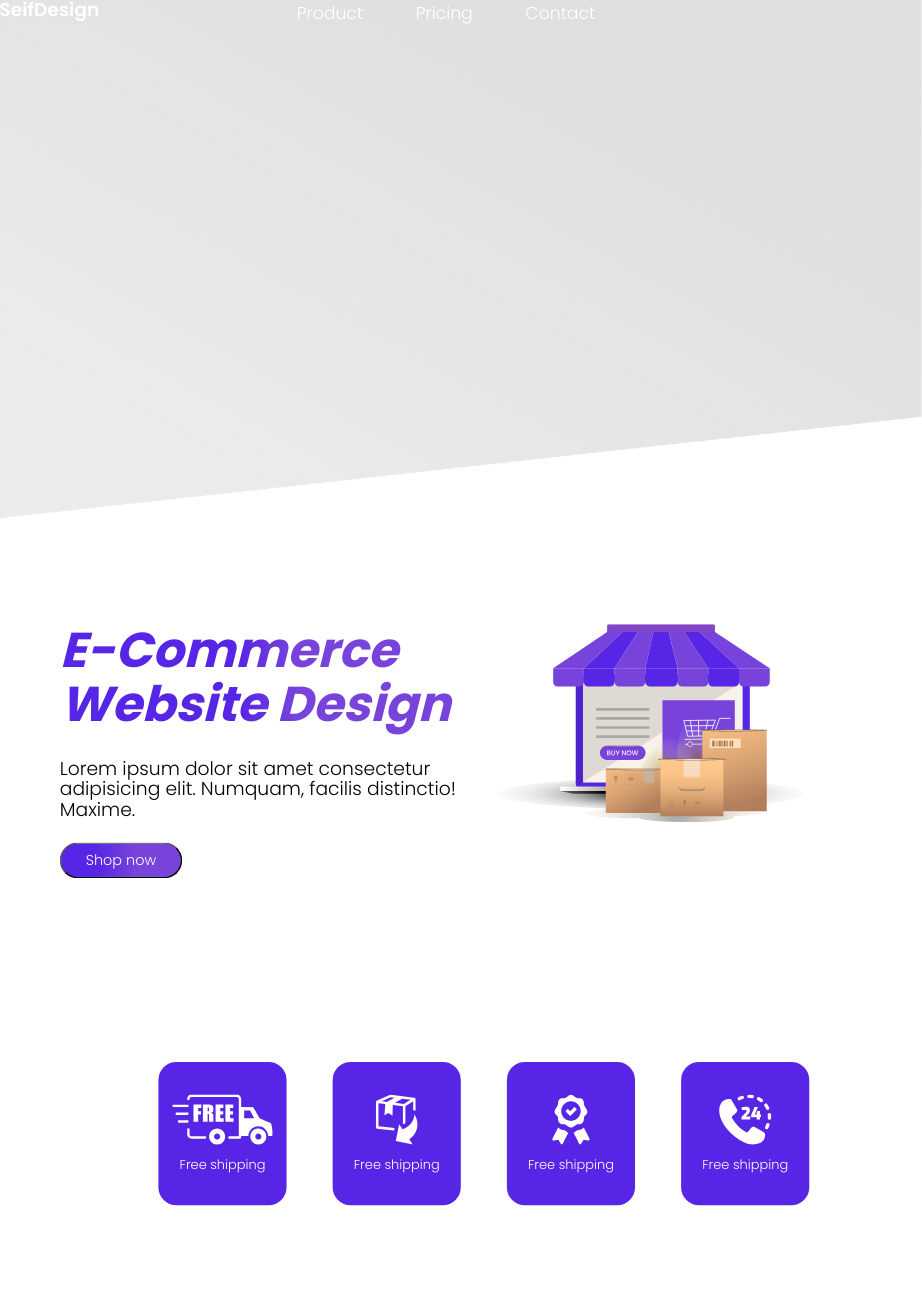
Repository: simralgasimov/newpage
Page: index.html
These files come from the project's save history. The page is drawn as it stood at one moment and after the next save; the edit follows.
The browser window is 1280 px wide. The pictures show the whole page, at 72% of full size.
The style sheet was rebuilt from its Sass, Less or Tailwind sources for each picture, by a compiler version that may differ from the author's.

Above is the page before, as saved 2023-12-13 14:47:37.
Not found: index.js

### index.html
<!DOCTYPE html>
<html lang="en">
  <head>
    <meta charset="UTF-8" />
    <meta name="viewport" content="width=device-width, initial-scale=1.0" />
    <title>Document</title>
    <link rel="stylesheet" href="./reset.css" />
    <link rel="stylesheet" href="./index.css" />
  </head>
  <body>
    <div class="container">
      <nav>
        <div class="logo">
          <img src=".//image/SeifDesign.svg" alt="" />
        </div>
        <ul>
          <li><a href="#">Product</a></li>
          <li><a href="#">Pricing</a></li>
          <li><a href="#">Contact</a></li>
        </ul>
        <div class="burgerMenu">
          <img src="./image/Frame 1.svg" alt="" />
        </div>
      </nav>
    </div>
    <div class="shopPage">
      <div class="page-1">
        <div class="rightPage">
          <h1>E-Commerce Website Design</h1>
          <p>
            Lorem ipsum dolor sit amet consectetur adipisicing elit. Numquam,
            facilis distinctio! Maxime.
          </p>
          <button><a href="#">Shop now</a></button>
        </div>
        <div class="leftPage">
          <img src=".//image/Group (1).svg" alt="" />
        </div>
      </div>
      <div class="page-2">
        <ul>
          <li>
            <img src="./image/Group (2).svg" alt="" />
            <p>Free shipping</p>
          </li>

          <li>
            <img src="./image/Vector (1).svg" alt="" />
            <p>Free shipping</p>
          </li>
          <li>
            <img src="./image/Group (3).svg" alt="" />
            <p>Free shipping</p>
          </li>
          <li>
            <img src="./image/Vector (2).svg" alt="" />
            <p>Free shipping</p>
          </li>
        </ul>
      </div>
    </div>
  </body>
  <script src="./index.js"></script>
</html>

### index.scss
@import url("https://fonts.googleapis.com/css2?family=Poppins:wght@300;700&display=swap");
* {
    margin: 0;
    padding: 0;
    box-sizing: border-box;
}
.container {
    background-image: url('./image/Rectangle\ 3.png');
    background-repeat: no-repeat;
    background-size: 100% 100%;
    /* padding: 16px 83px 33px 83px; */
    min-height: 100vh;
    width: 100%;
    /* background: linear-gradient(270deg, #7743db 31.64%, #5725e5 66.78%); */
    @media screen and (max-width: 1024px) {
        padding: 21px 21px;
    }
    nav {
        display: flex;
        align-items: center;
        @media screen and (max-width: 1024px) {
            display: flex;
            justify-content: space-between;
        }
        .burgerMenu {
            display: none;
            @media screen and (max-width: 1024px) {
                display: block;
            }
        }
        .logo {
            width: 139px;
        }
        @media screen and (max-width: 1024px) {
            width: 97px;
        }
        ul {
            @media screen and (max-width: 1024px) {
                display: none;
            }
            display: flex;
            list-style-type: none;
            margin-left: 200px;

            li {
                margin-left: 73px;

                a {
                    text-decoration: none;
                    width: 98px;
                    height: 30px;
                    color: #fff;
                    text-align: center;
                    font-family: Poppins;
                    font-size: 24px;
                    font-style: normal;
                    font-weight: 300;
                    line-height: normal;
                }
            }
        }
    }
}
.shopPage {
    /* position: absolute; */

    /* // background-size: contain; */
    .page-1 {
        padding: 147px 164px 43px 83px;
        display: flex;
        justify-content: center;
        height: 874.5px;
        .rightPage {
            h1 {
                margin-bottom: 32px;
                width: 608px;
                height: 154px;
                font-family: Poppins;
                font-size: 68px;
                font-style: italic;
                font-weight: 700;
                line-height: 109%; /* 74.12px */
                background: linear-gradient(268deg, #7743db 46.2%, #5725e5 59.09%);
                background-clip: text;
                -webkit-background-clip: text;
                -webkit-text-fill-color: transparent;
            }
            p {
                width: 608px;
                color: #000;
                font-family: Poppins;
                font-size: 26px;
                font-style: normal;
                font-weight: 300;
                line-height: 109%;
            }
            button {
                margin-top: 32px;
                display: flex;
                width: 170px;
                height: 50px;
                padding: 0px 24px;
                justify-content: center;
                align-items: center;
                flex-shrink: 0;
                border-radius: 25px;
                background: linear-gradient(263deg, #7743db 38.81%, #5725e5 70.24%);
                a {
                    text-decoration: none;
                    color: #fff;
                    font-family: Poppins;
                    font-size: 20px;
                    font-style: normal;
                    font-weight: 400;
                    line-height: 109%; /* 21.8px */
                }
            }
        }
        .leftPage {
            img {
                width: 100%;
            }
        }
    }
    .page-2 {
        ul {
            display: flex;
            justify-content: center;

            li {
                margin-left: 64px;
                position: relative;

                bottom: 120px;

                display: flex;
                width: 178px;
                height: 199px;
                padding: 10px;
                flex-direction: column;
                justify-content: center;
                align-items: center;
                gap: 18px;
                flex-shrink: 0;
                border-radius: 25px;
                background: #5725e5;
                img {
                    width: 139.997px;
                    height: 70px;
                }
                p {
                    color: #fff;
                    text-align: center;
                    font-family: Poppins;
                    font-size: 18px;
                    font-style: normal;
                    font-weight: 400;
                    line-height: 109%; /* 19.62px */
                }
            }
        }
    }
}

Loaded but not shown: reset.css (common file)

After the next save:
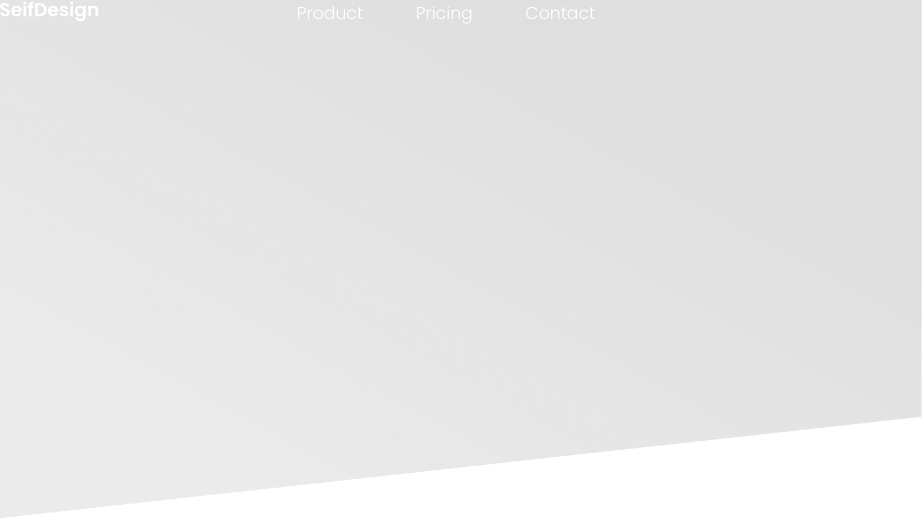
Saved 44 s later.
--- a/index.html
+++ b/index.html
@@ -23,42 +23,7 @@
         </div>
       </nav>
     </div>
-    <div class="shopPage">
-      <div class="page-1">
-        <div class="rightPage">
-          <h1>E-Commerce Website Design</h1>
-          <p>
-            Lorem ipsum dolor sit amet consectetur adipisicing elit. Numquam,
-            facilis distinctio! Maxime.
-          </p>
-          <button><a href="#">Shop now</a></button>
-        </div>
-        <div class="leftPage">
-          <img src=".//image/Group (1).svg" alt="" />
-        </div>
-      </div>
-      <div class="page-2">
-        <ul>
-          <li>
-            <img src="./image/Group (2).svg" alt="" />
-            <p>Free shipping</p>
-          </li>
 
-          <li>
-            <img src="./image/Vector (1).svg" alt="" />
-            <p>Free shipping</p>
-          </li>
-          <li>
-            <img src="./image/Group (3).svg" alt="" />
-            <p>Free shipping</p>
-          </li>
-          <li>
-            <img src="./image/Vector (2).svg" alt="" />
-            <p>Free shipping</p>
-          </li>
-        </ul>
-      </div>
-    </div>
   </body>
   <script src="./index.js"></script>
 </html>
